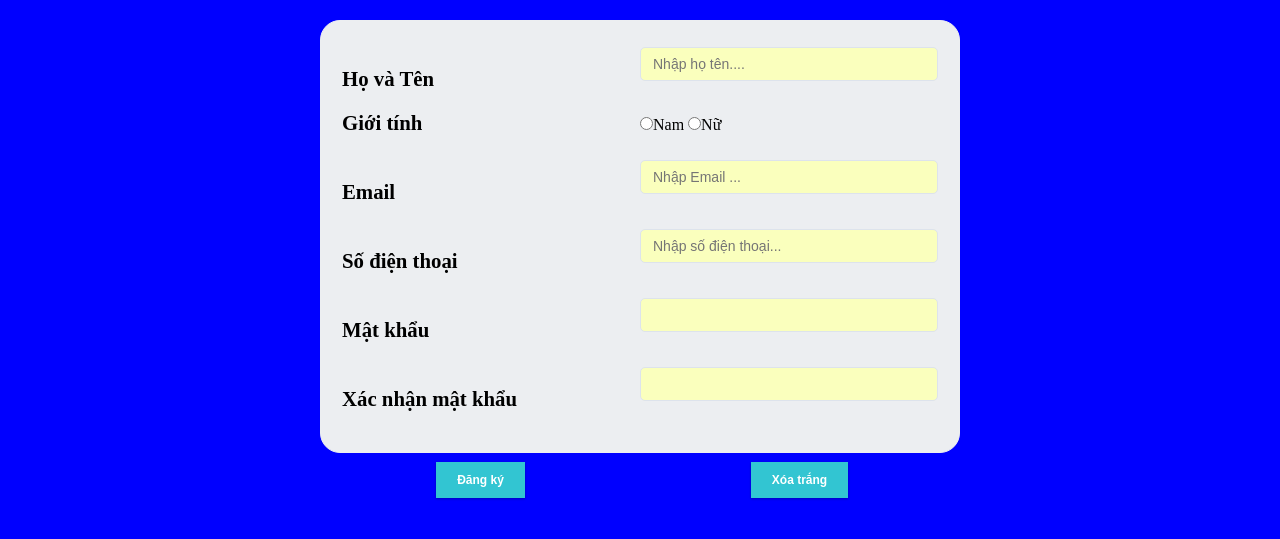
Repository: giacatdat2k5/html4
Page: buoi4/13.2.html
An editor plug-in stored every save of this project. The page is shown before and after the next save, followed by the edit.
The browser window is 1280 px wide. The pictures show the whole page.
Some icons come from a web library that is not loaded, so they are not drawn.

Above is the page before, as saved 2023-10-01 01:03:55.

### buoi4/13.2.html
<!DOCTYPE html>
<html lang="vi">
	<head>
		<meta charset="utf-8">
		<title>Câu 1</title>
		<link rel="stylesheet" type="text/css" href="13.2.css">
		<link rel="stylesheet" type="text/css" href="css/font-awesome.min.css">
	</head>
	<body id="wrapper">
		<form id="frm-register" onsubmit="submit()">
			<div class="ip-frm-box">
				<div class="frm-row">
					<span class="frm-cell">Họ và Tên</span>
					<input type="text" name="fullName" id="fullName" placeholder="Nhập họ tên...." class="frm-cell">
					<i class="error fa fa-exclamation-circle" aria-hidden="true"></i>
					<p class="error"></p>
				</div>

				<div class="frm-row">
					<span class="frm-cell">Giới tính</span>
					<input type="radio" name="sex" value="nam" id="sex">Nam
					<input type="radio" name="sex" value="Nữ" id="sex">Nữ
				</div>

				<div class="frm-row">
					<span class="frm-cell">Email</span>
					<input type="text" name="mail" id="mail" placeholder="Nhập Email ..." class="frm-cell">
					<i class="fa fa-exclamation-circle error" aria-hidden="true"></i>
					<p class="error"></p>
				</div>

				<div class="frm-row">
					<span class="frm-cell">Số điện thoại</span>
					<input type="text" name="PhoneNumber" id="phoneNumb" placeholder="Nhập số điện thoại..." class="frm-cell">
					<i class="fa fa-exclamation-circle error" aria-hidden="true"></i>
					<p class="error"></p>
				</div>

				<div class="frm-row">
					<span class="frm-cell">Mật khẩu</span>
					<input type="password" name="password" id="pass" class="frm-cell">
					<i class="fa fa-exclamation-circle error" aria-hidden="true"></i>
					<p class="error"></p>
				</div>

				<div class="frm-row">
					<span class="frm-cell">Xác nhận mật khẩu</span>
					<input type="password" name="confirmPassword" id="confirmPass" class="frm-cell">
					<i class="fa fa-exclamation-circle error" aria-hidden="true"></i>
					<p class="error"></p>
				</div>
			</div>

			<div class="btn-frm-box">
				<button id="btn-login" type="submit">Đăng ký <i class="fa fa-sign-in" aria-hidden="true"></i></button>
			</div>
			<div class="btn-frm-box">
				<button type="reset" id="btn-reset">Xóa trắng <i class="fa fa-refresh" aria-hidden="true"></i></button>
			</div>
		</form>
		<script type="text/javascript" src="13.2.js"></script>
	</body>
</html>

### buoi4/13.2.css
* {
	margin: 0;
	padding: 0;
}
#wrapper {
	background: blue;
	background-size: cover;
}
#frm-register {
	width: 50%;
	margin: 0 auto;
	margin-top: 20px;
	background: #eceef1;
	border: 1px solid #eceef1;
	border-radius: 20px;
	box-sizing: border-box;
}

.ip-frm-box {
	width: 100%;
	border: 1px solid #eceef1;
	border-radius: 20px;
	box-sizing: border-box;
	padding: 20px;
	display: table;
}
.frm-row {
	width: 100%;
	height: 10px;
	margin-bottom: 20px;
	position: relative;
	display:table;
}
.frm-cell {
	display: table-cell;
	width: 50%;
	margin-top:5px;
	margin-bottom: 5px;
}
span.frm-cell {
	font-size: 130%;
	margin-bottom: 5px;
	font-weight: bold;
}
input.frm-cell {
	width: 100%;
	height: 34px;
	padding: 6px 12px;
	font-size: 14px;
	background-color: rgb(250, 260, 189);
	color: rgb(0, 0, 0);
	border-radius: 5px;
	border: 1px solid #dde3ec;
	box-sizing: border-box;
	float: left;
}
.btn-frm-box {
	width: 50%;
	float: left;
	text-align: center;
	padding-top: 10px;
	padding-bottom: 10px;
	box-sizing: border-box;
}
i.error {
	position: absolute;
	display: none;
	color: #BB0000;
  	top: 15px;
	right: 5px;
}
p.error {
	position: absolute;
	width: 200px;
	top: 5px;
	display: none;
	background: #BB0000;
	padding: 5px 10px;
	color: white;
	right: -231px;
}
button {
	margin: 0 auto;
	padding: 10px 20px !important;
	background: #32c5d2;
	color: #FFF;
	font-weight: 600;
	font-size: 12px;
	box-shadow: 0 1px 3px rgba(0,0,0,.1), 0 1px 2px rgba(0,0,0,.18);
	border: 1px solid #32c5d2;
	cursor: pointer;
}

### buoi4/13.2.js
var fullName 		= document.getElementById('fullName');
var email  			= document.getElementById('mail');
var phoneBumber 	= document.getElementById('phoneNumb');
var password 		= document.getElementById('pass');
var confirmPassword = document.getElementById('confirmPass');
var btn			= document.getElementById('btn-login');

fullName.addEventListener('blur', checkNameBlur);
fullName.addEventListener('focus', checkNameForcus);

email.addEventListener('blur', checkMailBlur);
email.addEventListener('focus', checkMailForcus);

phoneBumber.addEventListener('blur', checkPhoneBlur);
phoneBumber.addEventListener('focus', checkPhoneForcus);

password.addEventListener('blur', checkPassBlur);
password.addEventListener('focus', checkPassForcus);

confirmPassword.addEventListener('blur', checkConfirmPassBlur);
confirmPassword.addEventListener('focus', checkConfirmPassForcus);

function submit() {
	if(checkNameBlur()) {
		alert("dsfdfdf");
	}
}



//event feild họ và tên
function checkNameBlur() {
	if(fullName.value.length < 8) {
		fullName.style.border="1px solid red";
		document.getElementsByTagName('i')[0].style.display="block";

		document.getElementsByTagName('i')[0].addEventListener('click', function() {
			document.querySelectorAll('.frm-row p')[0].style.display="block";
			document.querySelectorAll('.frm-row p')[0].innerHTML="Tên không được để trống và phải lớn hơn 8 ký tự";
		});

		return false;
	}else {
		document.getElementById('fullName').style.border="1px solid #dde3ec";
		document.getElementsByTagName('i')[0].style.display="none";
		document.querySelectorAll('.frm-row p')[0].style.display="none";

		return true;
	}
}

function checkNameForcus() {
	fullName.style.border="1px solid #dde3ec";
	document.getElementsByTagName('i')[0].style.display="none";
	document.querySelectorAll('.frm-row p')[0].style.display="none";
}

// ket thúc xu ly voi feild ho ten

//.............................................................................................
// xu ly voi truong emai

function checkMailBlur() {
	var filter = /^([a-zA-Z0-9_\.\-])+\@(([a-zA-Z0-9\-])+\.)+([a-zA-Z0-9]{2,4})+$/;

	if(email.value == "" || !filter.test(email.value)) {
		document.getElementById('mail').style.border="1px solid red";
		document.getElementsByTagName('i')[1].style.display="block";

		document.getElementsByTagName('i')[1].addEventListener('click', function() {
			document.querySelectorAll('.frm-row p')[1].style.display="block";
			document.querySelectorAll('.frm-row p')[1].innerHTML="Bạn vui lòng nhập lại Email";
		});
	}else {
		document.getElementById('mail').style.border="1px solid #dde3ec";
		document.getElementsByTagName('i')[1].style.display="none";
		document.querySelectorAll('.frm-row p')[1].style.display="none";
	}
}

function checkMailForcus() {
	document.getElementById('mail').style.border="1px solid #dde3ec";
	document.getElementsByTagName('i')[1].style.display="none";
	document.querySelectorAll('.frm-row p')[1].style.display="none";
}


//.................................................................................
// xu ly voi sdt

function checkPhoneBlur() {
	var filter = /[0-9]/;

	if(phoneBumber.value == "" || !filter.test(phoneBumber.value)) {
		phoneBumber.style.border="1px solid red";
		document.getElementsByTagName('i')[2].style.display="block";

		document.getElementsByTagName('i')[2].addEventListener('click', function() {
			document.querySelectorAll('.frm-row p')[2].style.display="block";
			document.querySelectorAll('.frm-row p')[2].innerHTML="Vui lòng nhập lại số điện thoại";
		});
	}else {
		phoneBumber.style.border="1px solid #dde3ec";
		document.getElementsByTagName('i')[2].style.display="none";
	}
}

function checkPhoneForcus() {
	document.getElementById('phoneNumb').style.border="1px solid #dde3ec";
	document.getElementsByTagName('i')[2].style.display="none";
	document.querySelectorAll('.frm-row p')[2].style.display="none";
}

// xu ly voi mk
/*.............mật khẩu .............*/

function checkPassBlur() {
	if(password.value == '' || password.value.length < 6) {
		password.style.border="1px solid red";
		document.getElementsByTagName('i')[3].style.display="block";

		document.getElementsByTagName('i')[3].addEventListener('click', function() {
			document.querySelectorAll('.frm-row p')[3].style.display="block";
			document.querySelectorAll('.frm-row p')[3].innerHTML="Vui lòng nhập mật khẩu lớn hơn 6 ký tự";
		});
	}else {
		password.style.border="1px solid #dde3ec";
		document.getElementsByTagName('i')[3].style.display="none";
	}
}

function checkPassForcus() {
	document.getElementById('pass').style.border="1px solid #dde3ec";
	document.getElementsByTagName('i')[3].style.display="none";
	document.querySelectorAll('.frm-row p')[3].style.display="none";
}


/* .......... xác nhận mật khẩu..........*/
function checkConfirmPassBlur() {
	if(confirmPassword.value != password.value) {
		confirmPassword.style.border="1px solid red";
		document.getElementsByTagName('i')[4].style.display="block";

		document.getElementsByTagName('i')[4].addEventListener('click', function() {
			document.querySelectorAll('.frm-row p')[4].style.display="block";
			document.querySelectorAll('.frm-row p')[4].innerHTML="Mật khẩu không khớp";
		});
	}else {
		confirmPassword.style.border="1px solid #dde3ec";
		document.getElementsByTagName('i')[4].style.display="none";
	}
}

function checkConfirmPassForcus() {
	document.getElementById('confirmPass').style.border="1px solid #dde3ec";
	document.getElementsByTagName('i')[4].style.display="none";
	document.querySelectorAll('.frm-row p')[4].style.display="none";
}

After the next save:
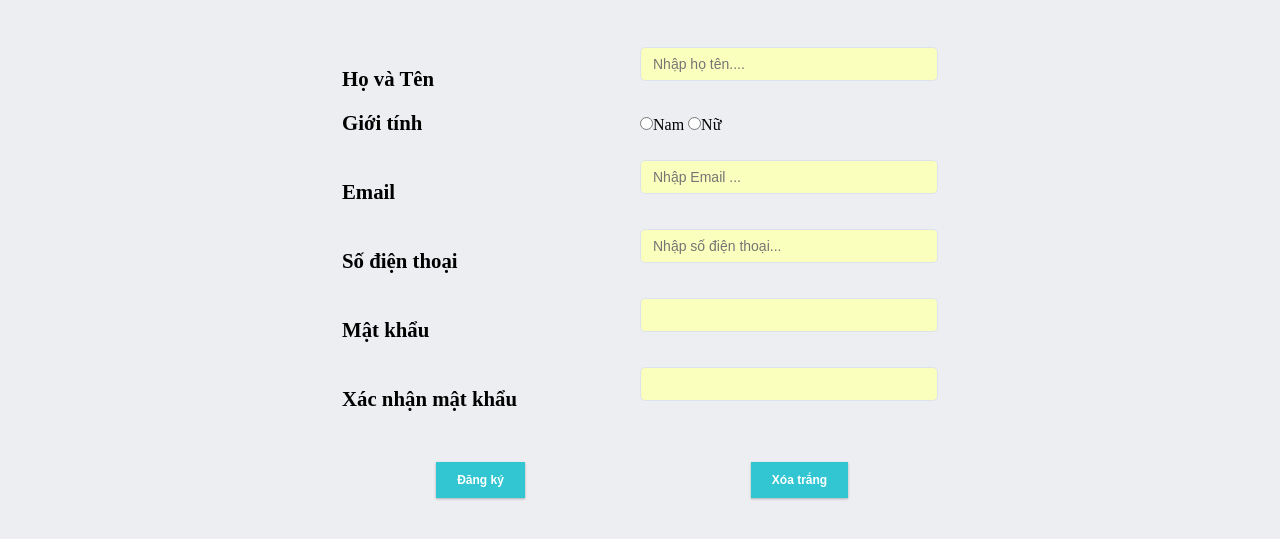
Saved 19 s later.
--- a/buoi4/13.2.css
+++ b/buoi4/13.2.css
@@ -3,7 +3,7 @@
 	padding: 0;
 }
 #wrapper {
-	background: blue;
+	background:#eceef1;
 	background-size: cover;
 }
 #frm-register {

After the save that followed:
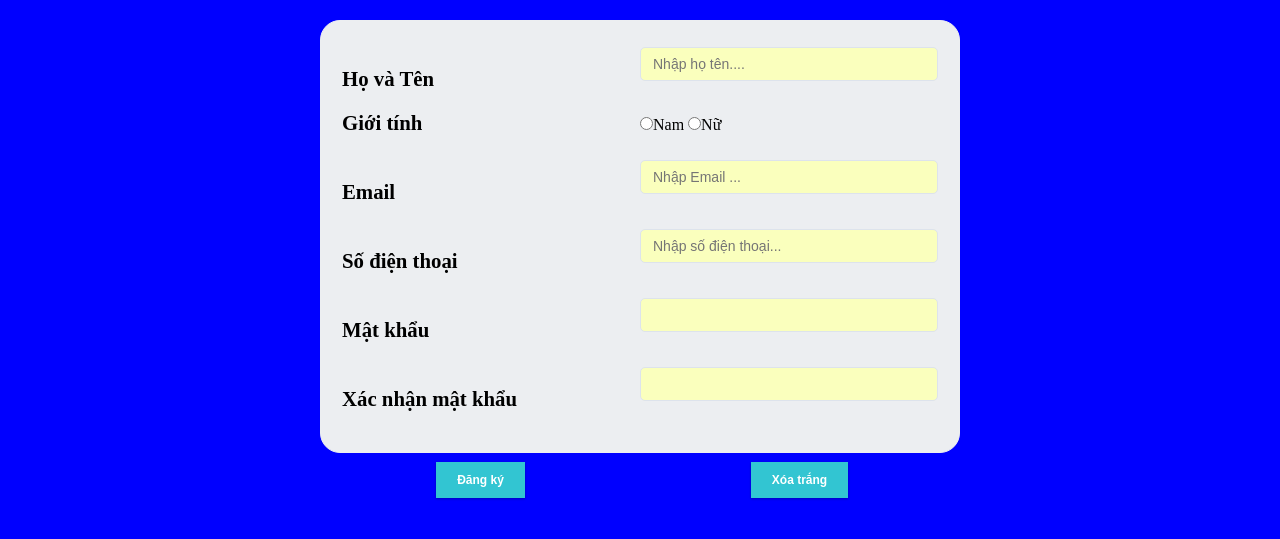
Saved 5 s later.
--- a/buoi4/13.2.css
+++ b/buoi4/13.2.css
@@ -3,7 +3,7 @@
 	padding: 0;
 }
 #wrapper {
-	background:#eceef1;
+	background: blue;
 	background-size: cover;
 }
 #frm-register {
